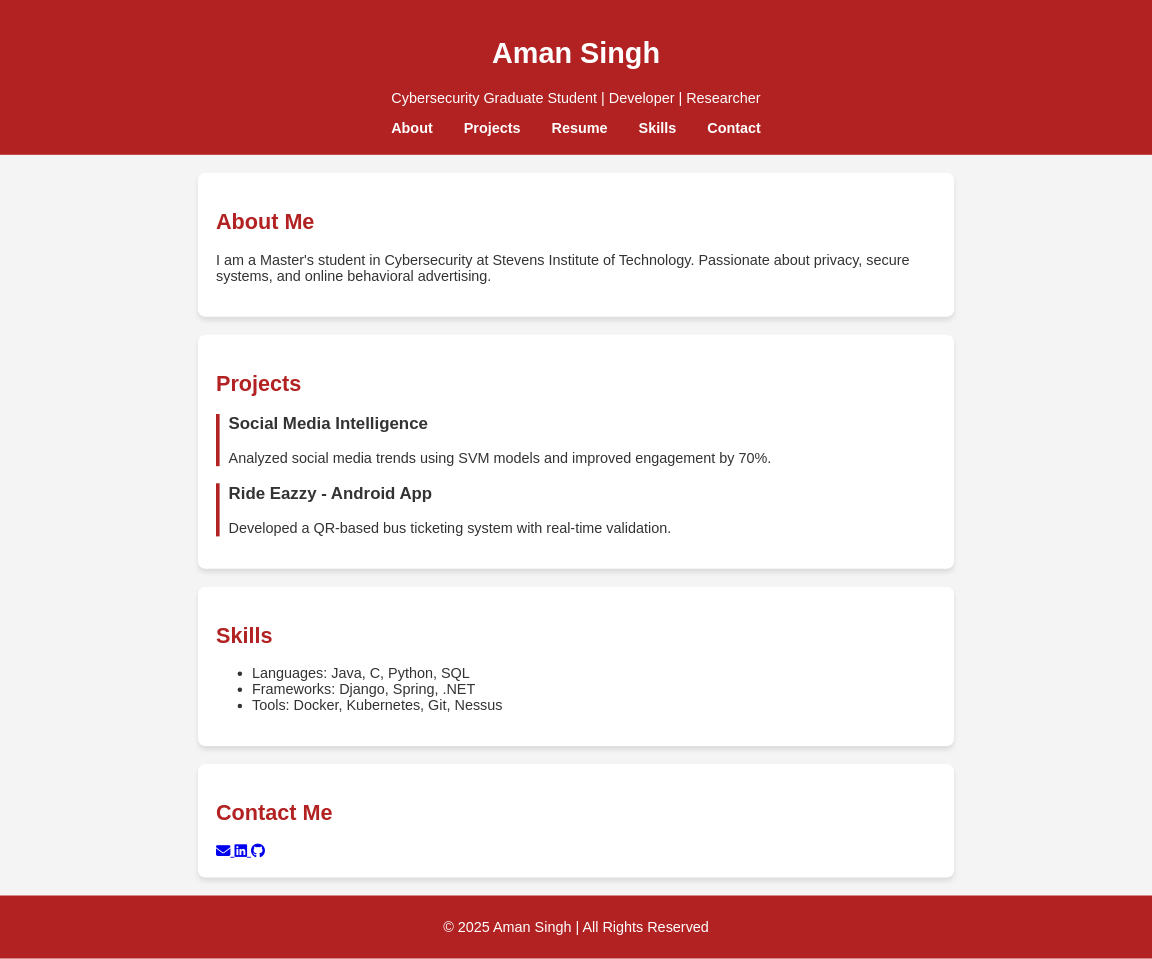
Repository: aman3singh/portfolio
Page: index.html
These files come from the project's save history. The page is drawn as it stood at one moment and after the next save; the edit follows.
The browser window is 1280 px wide. The pictures show the whole page, at 90% of full size.
Some web libraries are served in a nearby version.

Above is the page before, as saved 2025-02-11 16:41:03.

After the next save:
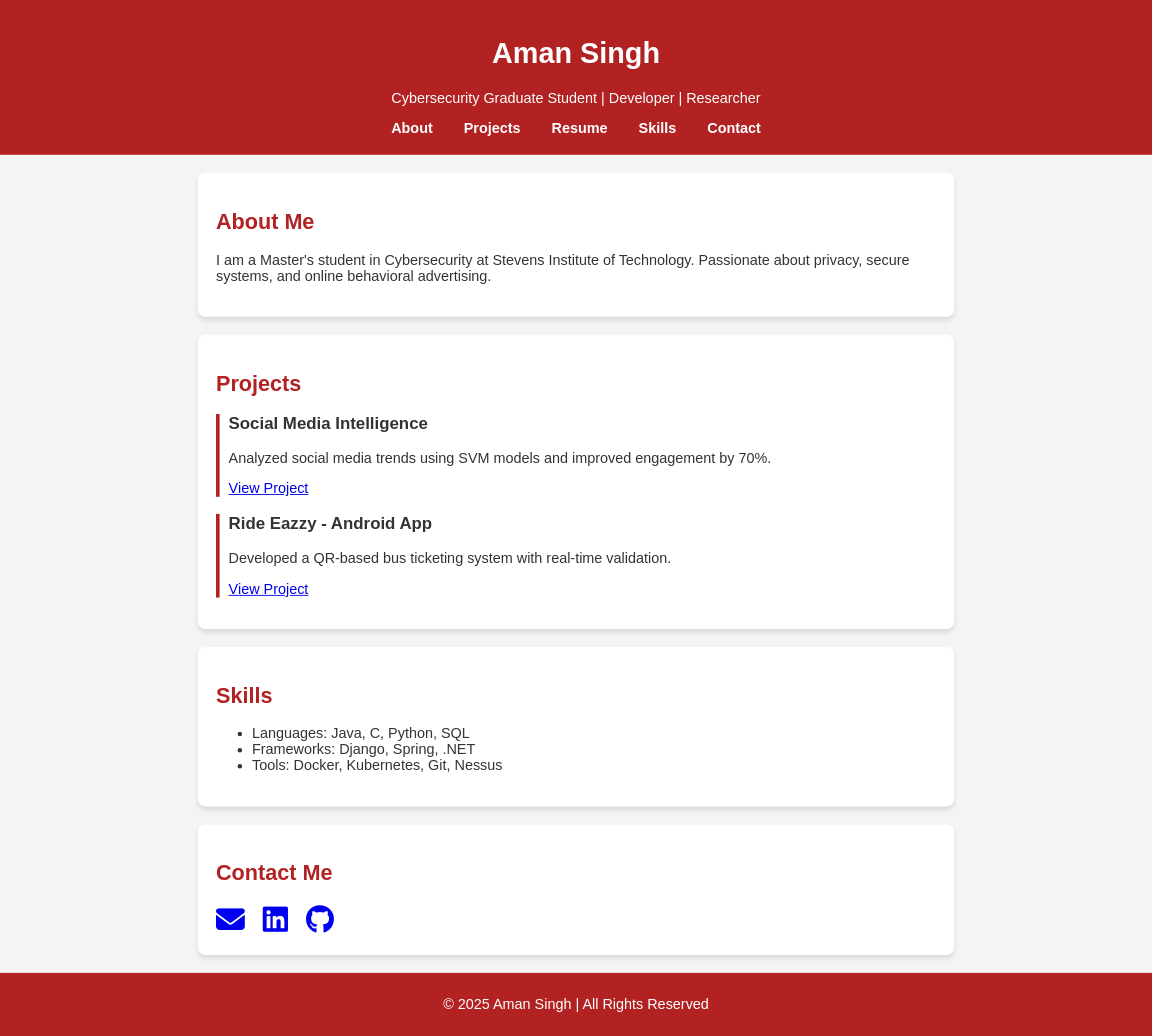
Saved 2 min 35 s later.
--- a/index.html
+++ b/index.html
@@ -5,7 +5,7 @@
     <meta name="viewport" content="width=device-width, initial-scale=1.0">
     <title>Aman Singh | Cybersecurity Portfolio</title>
     <link rel="stylesheet" href="styles.css">
-    <script src="https://kit.fontawesome.com/a076d05399.js" crossorigin="anonymous"></script>
+    <link rel="stylesheet" href="https://cdnjs.cloudflare.com/ajax/libs/font-awesome/6.4.2/css/all.min.css">
 </head>
 <body>
     <header>
@@ -30,10 +30,12 @@
         <div class="project">
             <h3>Social Media Intelligence</h3>
             <p>Analyzed social media trends using SVM models and improved engagement by 70%.</p>
+            <a href="https://github.com/your-username/social-media-intelligence" target="_blank">View Project</a>
         </div>
         <div class="project">
             <h3>Ride Eazzy - Android App</h3>
             <p>Developed a QR-based bus ticketing system with real-time validation.</p>
+            <a href="https://github.com/your-username/ride-eazzy" target="_blank">View Project</a>
         </div>
     </section>
 
@@ -48,7 +50,7 @@
 
     <section id="contact">
         <h2>Contact Me</h2>
-        <div class="social-links">
+        <div class="social-links" style="display: flex; gap: 20px; font-size: 2rem;">
             <a href="mailto:aman3singh.work@gmail.com" target="_blank">
                 <i class="fa-solid fa-envelope"></i>
             </a>
